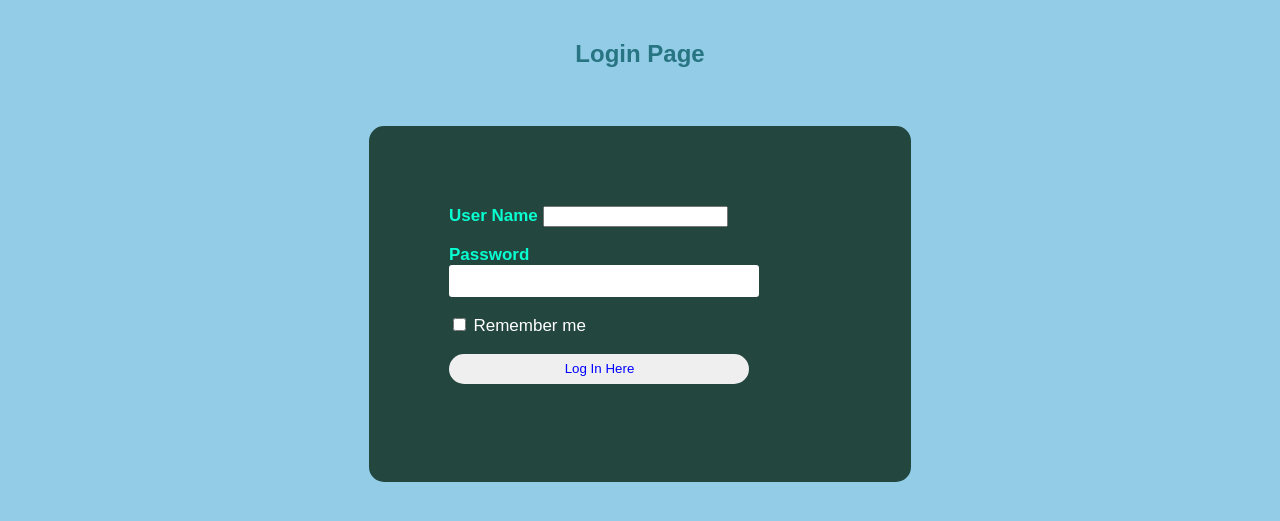
Repository: rohanbhavare1234/BikeServiceWorkspace
Page: eclipse-workspace/jspdemo/WebContent/student-form.html
The author's editor kept a copy of each file at every save. The page is drawn from the files as they stood at one save, then again after the next save.
The browser window is 1280 px wide. The pictures show the whole page.

Above is the page before, as saved 2023-04-11 17:53:20.

### eclipse-workspace/jspdemo/WebContent/student-form.html
<!-- <html>
<head><title> Student Registration Form</title></head>
<body>
<form action="student-response.jsp">

	First name: <input type="text" name="firstName"/>

	<br/><br/>

	Last name: <input type="text" name="lastName"/>

	<br/><br/>

	<input type="submit" value="Submit"/>

</form>
</body>
</html> -->

<!DOCTYPE html>
<html>
<head>
    <title>Login Form</title>
    <link rel="stylesheet" type="text/css" href="Style.css">
</head>
<body>
    <h2>Login Page</h2><br>
    <div class="login">
    <form action="student-response.jsp">
        <label><b>User Name
        </b>
        </label>
        <input type="text" name="Uname" id="userName"/>
        <br><br>
        <label><b>Password
        </b>
        </label>
        <input type="Password" name="Pass" id="Pass"/> <br><br>
        <input type="checkbox" id="check">
        <span>Remember me</span>
        <br><br>
        <input type="button" name="log" id="log" value="Log In Here">
        <br><br>


    </form>
</div>
</body>
</html>

### eclipse-workspace/jspdemo/WebContent/Style.css
@charset "ISO-8859-1";

body
{
    margin: 0;
    padding: 0;
    background-color:#6abadeba;
    font-family: 'Arial';
}
.login{
        width: 382px;
        overflow: hidden;
        margin: auto;
        margin: 20 0 0 450px;
        padding: 80px;
        background: #23463f;
        border-radius: 15px ;

}
h2{
    text-align: center;
    color: #277582;
    padding: 20px;
}
label{
    color: #08ffd1;
    font-size: 17px;
}
#Uname{
    width: 300px;
    height: 30px;
    border: none;
    border-radius: 3px;
    padding-left: 8px;
}
#Pass{
    width: 300px;
    height: 30px;
    border: none;
    border-radius: 3px;
    padding-left: 8px;

}
#log{
    width: 300px;
    height: 30px;
    border: none;
    border-radius: 17px;
    padding-left: 7px;
    color: blue;


}
span{
    color: white;
    font-size: 17px;
}
a{
    float: right;
    background-color: grey;
}

After the next save:
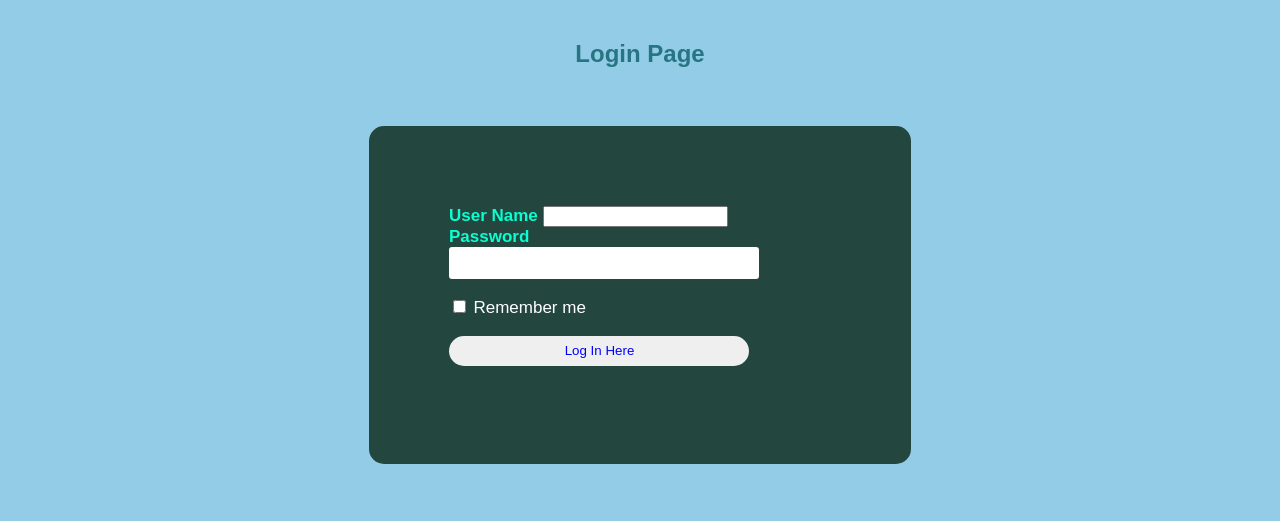
Saved 57 s later.
--- a/eclipse-workspace/jspdemo/WebContent/student-form.html
+++ b/eclipse-workspace/jspdemo/WebContent/student-form.html
@@ -31,7 +31,7 @@
         </b>
         </label>
         <input type="text" name="Uname" id="userName"/>
-        <br><br>
+        <br>
         <label><b>Password
         </b>
         </label>
